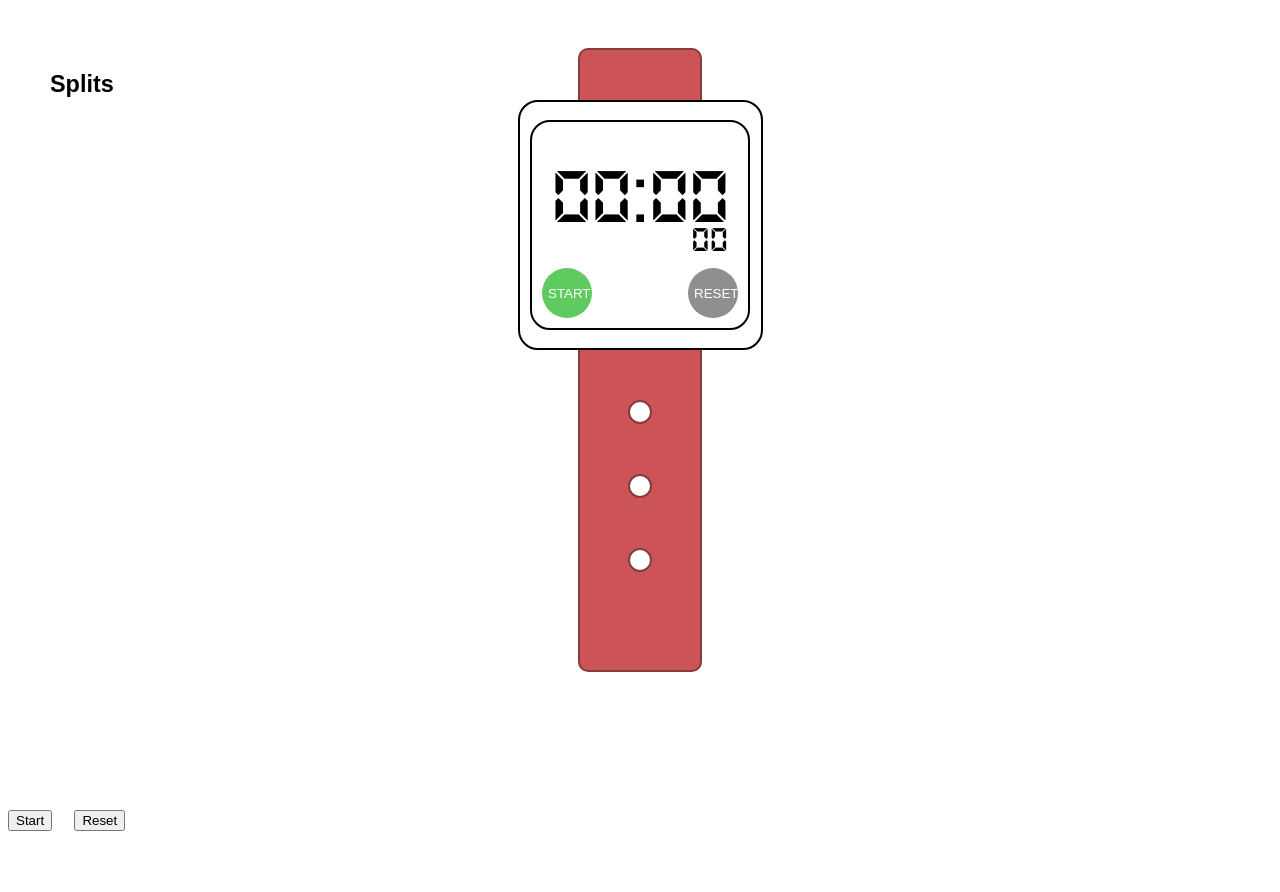
Repository: konstantin0s/lab-chronometer
Page: index.html
The author's editor kept a copy of each file at every save. The page is drawn from the files as they stood at one save, then again after the next save.
The browser window is 1280 px wide. The pictures show the whole page.

Above is the page before, as saved 2019-02-04 19:27:18.

After the next save:
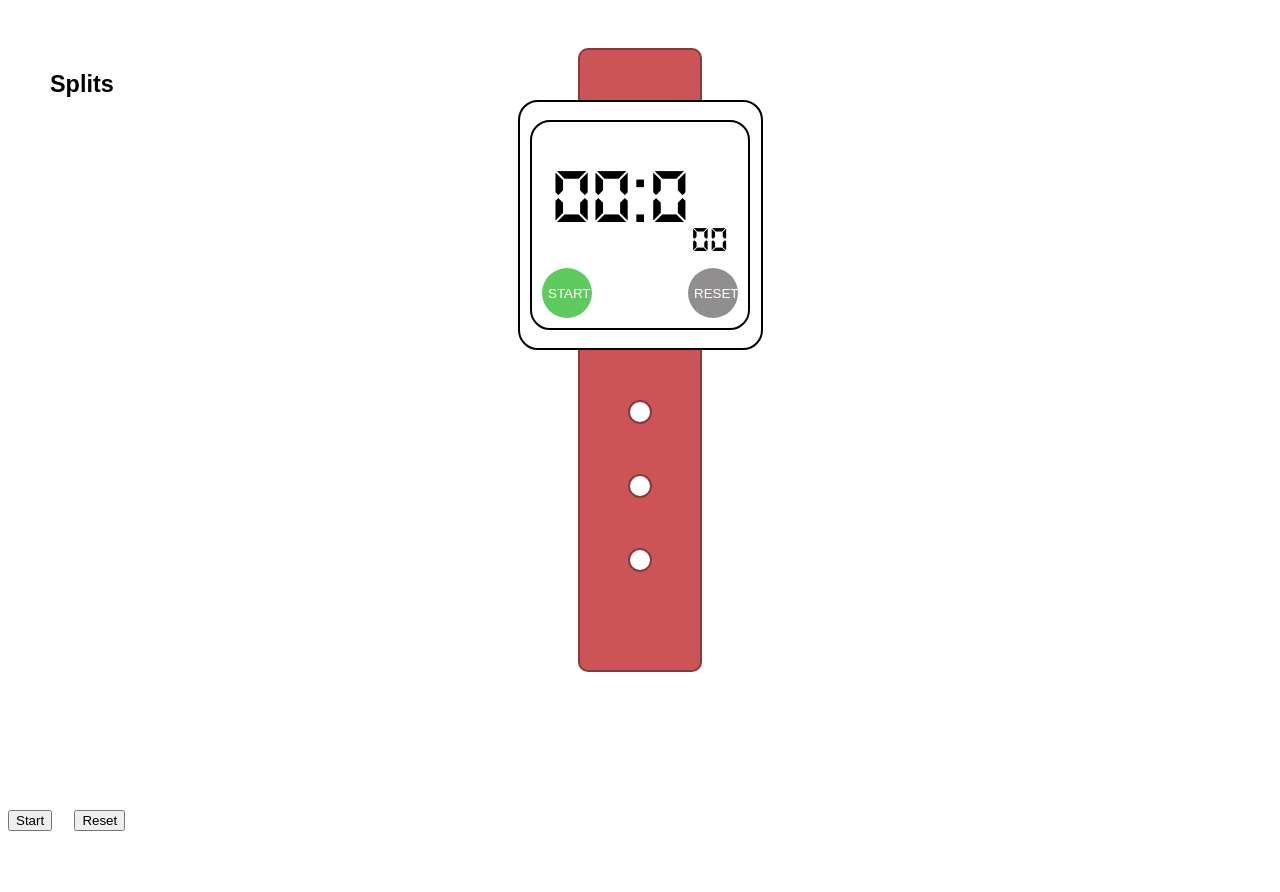
Saved 106 s later.
--- a/index.html
+++ b/index.html
@@ -19,7 +19,7 @@
 
   <section id="clock">
     <div id="sphere">
-      <span id="minDec" class="number">0</span><span id="minUni" class="number">0</span><span>:</span><span id="secDec" class="number">0</span><span id="secUni" class="number">0</span>
+      <span id="minDec" class="number">0</span><span id="minUni" class="number">0</span><span>:</span><span id="secDec" class="number">0</span><span id="secUni" class="number"></span>
 
       <div id="milliseconds">
         <span id="milDec">0</span><span id="milUni">0</span>
